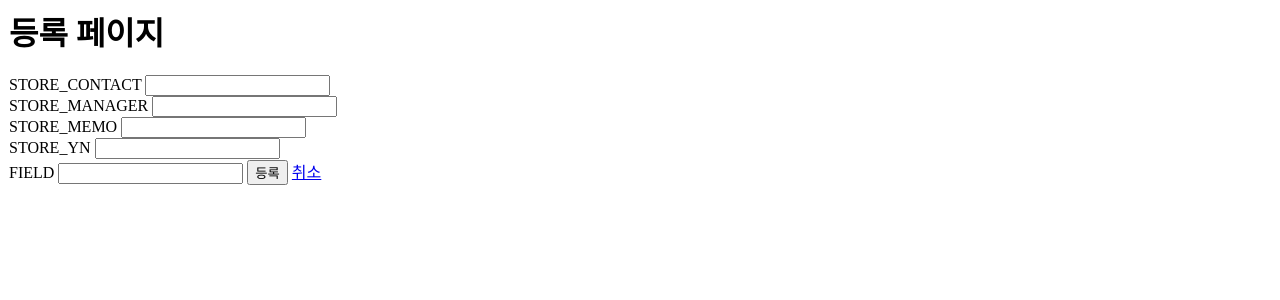
Repository: 2022-kh-final-mothlymoon/moon-back
Page: http://localhost/sellermoon/store/create.jsp
The author's editor kept a copy of each file at every save. The page is drawn from the files as they stood at one save, then again after the next save.
The browser window is 1280 px wide. The pictures show the whole page.
The page is served by Tomcat 9. Other server files are loaded and not shown.

Above is the page before, as saved 2022-10-20 17:56:08.

### sellermoon/src/main/webapp/store/create.jsp
<%@ page language="java" contentType="text/html; charset=UTF-8"
	pageEncoding="UTF-8"%>
<%@ taglib uri="http://java.sun.com/jsp/jstl/core" prefix="c"%>
<%@ taglib uri="http://java.sun.com/jsp/jstl/fmt" prefix="fmt"%>


<div class="row" style="margin-bottom: 20px; margin-left: 1px;">
	<div class="col-lg-12">
		<h1 class="page-header">등록 페이지</h1>
	</div>
</div>
<div class="panel" style="margin-left: 1px;">
	<div id="contAreaBox">
		<div class="panel">
			<div class="panel-body">
				<form method="post" action="./storeInsert">

					<input type="hidden" id="STORE_NO" name="STORE_NO" value="0">
					<input type="hidden" id="MD_NO" name="MD_NO" value="1">
					<lable>STORE_CONTACT</lable>
					<input type="text" id="STORE_CONTACT" name="STORE_CONTACT" />
<br/>
					<lable>STORE_MANAGER</lable>
					<input type="text" id="STORE_MANAGER" name="STORE_MANAGER" />
<br/>
					<lable>STORE_MEMO</lable>
					<input type="text" id="STORE_MEMO" name="STORE_MEMO" />
<br/>
					<lable>STORE_YN</lable>
					<input type="text" id="STORE_YN" name="STORE_YN" />
<br/>
					<lable>FIELD</lable>
					<input type="text" id="FIELD" name="FIELD" />


					<button type="submit" class="btn btn-primary">등록</button>
					<a href="./storeList" class="btn btn-danger">취소</a>

				</form>
			</div>
		</div>
	</div>
</div>

After the next save:
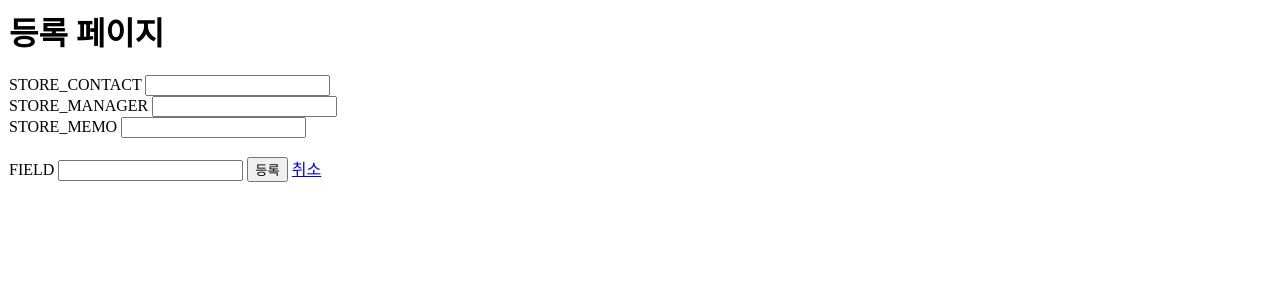
Saved 35 s later.
--- a/sellermoon/src/main/webapp/store/create.jsp
+++ b/sellermoon/src/main/webapp/store/create.jsp
@@ -15,7 +15,6 @@
 			<div class="panel-body">
 				<form method="post" action="./storeInsert">
 
-					<input type="hidden" id="STORE_NO" name="STORE_NO" value="0">
 					<input type="hidden" id="MD_NO" name="MD_NO" value="1">
 					<lable>STORE_CONTACT</lable>
 					<input type="text" id="STORE_CONTACT" name="STORE_CONTACT" />
@@ -26,8 +25,7 @@
 					<lable>STORE_MEMO</lable>
 					<input type="text" id="STORE_MEMO" name="STORE_MEMO" />
 <br/>
-					<lable>STORE_YN</lable>
-					<input type="text" id="STORE_YN" name="STORE_YN" />
+
 <br/>
 					<lable>FIELD</lable>
 					<input type="text" id="FIELD" name="FIELD" />
